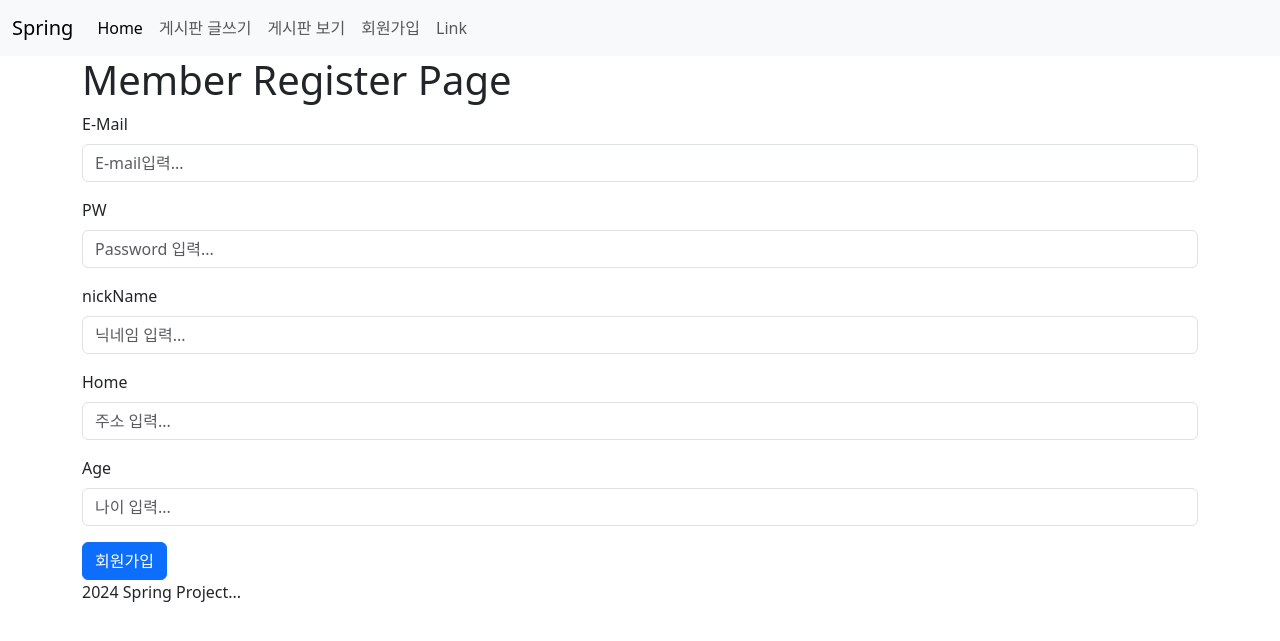
Repository: oco0217/SpringTest2
Page: http://localhost/spring_test2/WEB-INF/views/user/register.jsp
The author's editor kept a copy of each file at every save. The page is drawn from the files as they stood at one save, then again after the next save.
The browser window is 1280 px wide. The pictures show the whole page.
The page is served by Tomcat 9. Nobody is signed in. Other server files are loaded and not shown. The template is opened directly, without the code that normally fills it, so the values that code supplies are empty.

Above is the page before, as saved 2024-05-07 08:41:52.

### spring_test2/src/main/webapp/WEB-INF/views/user/register.jsp
<%@ page language="java" contentType="text/html; charset=UTF-8"
	pageEncoding="UTF-8"%>

<jsp:include page="../layout/header.jsp" />

<div class="container-md">
	<h1>Member Register Page</h1>

	<form action="/user/register" method="post">

		<div class="mb-3">
			<label for="e" class="form-label">E-Mail</label> <input type="email"
				class="form-control" id="e" placeholder="E-mail입력..." name="email">
		</div>
		<div class="mb-3">
			<label for="p" class="form-label">PW</label> <input type="password"
				class="form-control" id="p" placeholder="Password 입력..." name="pwd">
		</div>
		<div class="mb-3">
			<label for="n" class="form-label">nickName</label> <input type="text"
				class="form-control" id="n" placeholder="닉네임 입력..." name="nickName">
		</div>
		<div class="mb-3">
			<label for="h" class="form-label">Home</label> <input type="text"
				class="form-control" id="h" placeholder="주소 입력..." name="home">
		</div>
		<div class="mb-3">
			<label for="a" class="form-label">Age</label> <input type="text"
				class="form-control" id="a" placeholder="나이 입력..." name="age">
		</div>

		<button type="submit" class="btn btn-primary">회원가입</button>

	</form>

</div>

<jsp:include page="../layout/footer.jsp" />

### spring_test2/src/main/webapp/WEB-INF/views/layout/header.jsp
<%@ page language="java" contentType="text/html; charset=UTF-8"
    pageEncoding="UTF-8"%>
    <%@ taglib uri="http://java.sun.com/jsp/jstl/core" prefix="c" %>
<!DOCTYPE html>
<html>
<head>
<meta charset="UTF-8">
<title>header.jsp</title>
<link href="/re/css/bootstrap.min.css" rel="stylesheet" integrity="sha384-QWTKZyjpPEjISv5WaRU9OFeRpok6YctnYmDr5pNlyT2bRjXh0JMhjY6hW+ALEwIH" crossorigin="anonymous">
<script src="/re/js/bootstrap.bundle.min.js" integrity="sha384-YvpcrYf0tY3lHB60NNkmXc5s9fDVZLESaAA55NDzOxhy9GkcIdslK1eN7N6jIeHz" crossorigin="anonymous"></script>
</head>
<body>
<nav class="navbar navbar-expand-lg bg-body-tertiary">
  <div class="container-fluid">
    <a class="navbar-brand" href="#">Spring</a>
    <button class="navbar-toggler" type="button" data-bs-toggle="collapse" data-bs-target="#navbarSupportedContent" aria-controls="navbarSupportedContent" aria-expanded="false" aria-label="Toggle navigation">
      <span class="navbar-toggler-icon"></span>
    </button>
    <div class="collapse navbar-collapse" id="navbarSupportedContent">
      <ul class="navbar-nav me-auto mb-2 mb-lg-0">
        <li class="nav-item">
          <a class="nav-link active" aria-current="page" href="/">Home</a>
        </li>
        <li class="nav-item">
          <a class="nav-link" href="/board/register">게시판 글쓰기</a>
        </li>
        <li class="nav-item">
          <a class="nav-link" href="/board/list">게시판 보기</a>
        </li>
        <li class="nav-item">
          <a class="nav-link" href="/user/register">회원가입</a>
        </li>
       <%--  <li class="nav-item">
          <a class="nav-link" href="/member/login">로그인</a>
        </li>
        <c:if test="${ses ne null }">
        <li class="nav-item">
          <a class="nav-link" href="/member/logout">로그아웃</a>
        </li>
        <li class="nav-item">
          <a class="nav-link" href="/member/modify">${ses.id }(${ses.email }) Welcome!!</a>
        </li>
        </c:if> --%>
        <li class="nav-item">
          <a class="nav-link" href="http://www.google.com" target="_blank" >Link</a>
        </li>
      </ul>
    </div>
  </div>
</nav>

### spring_test2/src/main/webapp/WEB-INF/views/layout/footer.jsp
<%@ page language="java" contentType="text/html; charset=UTF-8"
    pageEncoding="UTF-8"%>

<div class="container-md">
2024 Spring Project...
</div>

</body>
</html>

Loaded but not shown: spring_test2/src/main/webapp/resources/css/bootstrap.min.css (library); spring_test2/src/main/webapp/resources/js/bootstrap.bundle.min.js (library)

After the next save:
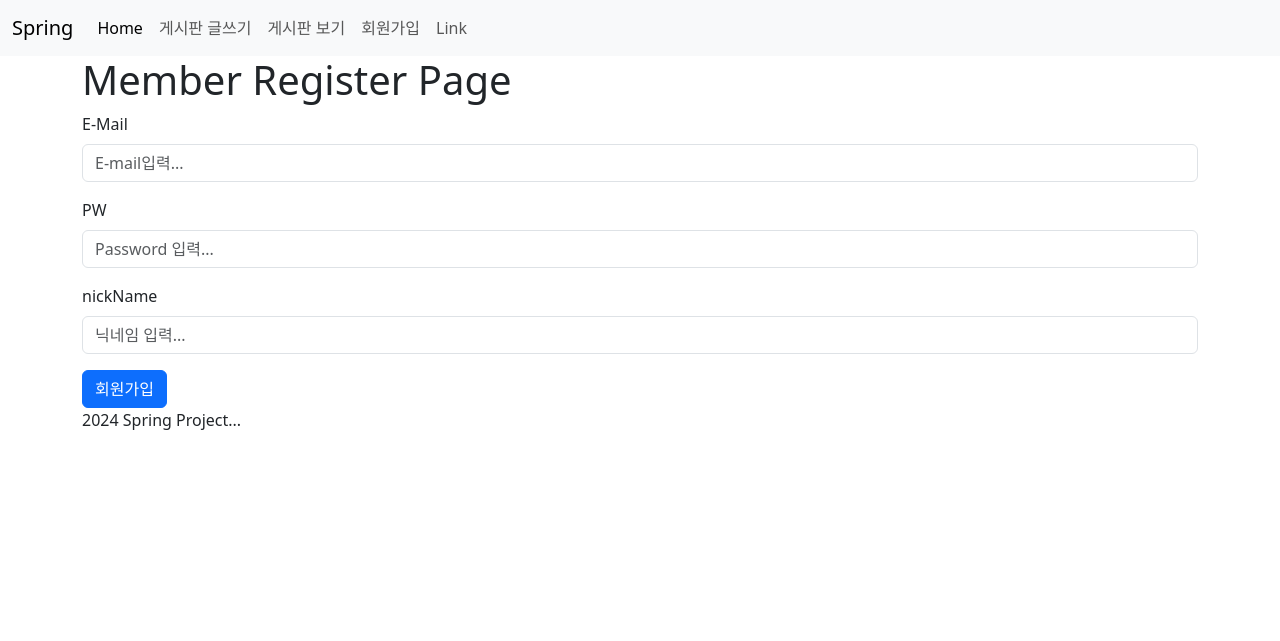
Saved 27 min 11 s later.
--- a/spring_test2/src/main/webapp/WEB-INF/views/user/register.jsp
+++ b/spring_test2/src/main/webapp/WEB-INF/views/user/register.jsp
@@ -20,14 +20,7 @@
 			<label for="n" class="form-label">nickName</label> <input type="text"
 				class="form-control" id="n" placeholder="닉네임 입력..." name="nickName">
 		</div>
-		<div class="mb-3">
-			<label for="h" class="form-label">Home</label> <input type="text"
-				class="form-control" id="h" placeholder="주소 입력..." name="home">
-		</div>
-		<div class="mb-3">
-			<label for="a" class="form-label">Age</label> <input type="text"
-				class="form-control" id="a" placeholder="나이 입력..." name="age">
-		</div>
+
 
 		<button type="submit" class="btn btn-primary">회원가입</button>
 
